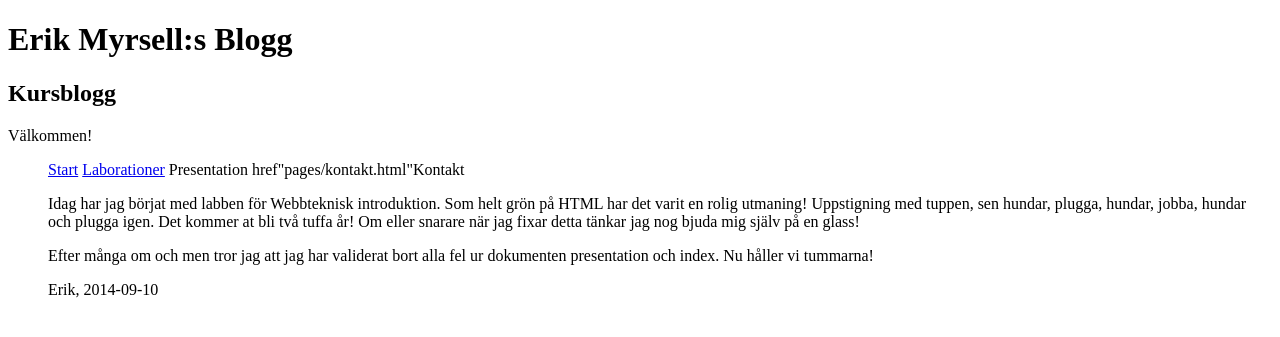
Repository: em222mt/1IK415_em222mt
Page: index.html
The author's editor kept a record of every edit. The page is drawn from the files as they stood at one moment, then again after the next edit.
The browser window is 1280 px wide. The pictures show the whole page.

Above is the page before.

After the next edit:
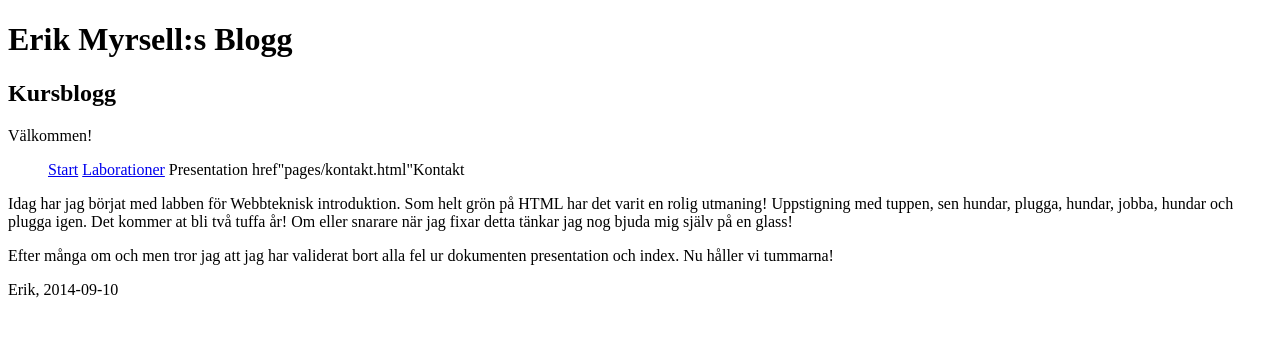
The edit:
--- a/index.html
+++ b/index.html
@@ -18,6 +18,7 @@
         <a href="pages/laborationer.html">Laborationer</a>
         <a href"pages/presentation.html">Presentation</a>
         <a> href"pages/kontakt.html"Kontakt</a>
+        </ul>
 
         <p>Idag har jag börjat med labben för Webbteknisk introduktion. Som helt grön på HTML har det varit en rolig utmaning!
            Uppstigning med tuppen, sen hundar, plugga, hundar, jobba, hundar och plugga igen. Det kommer at bli två tuffa år!
